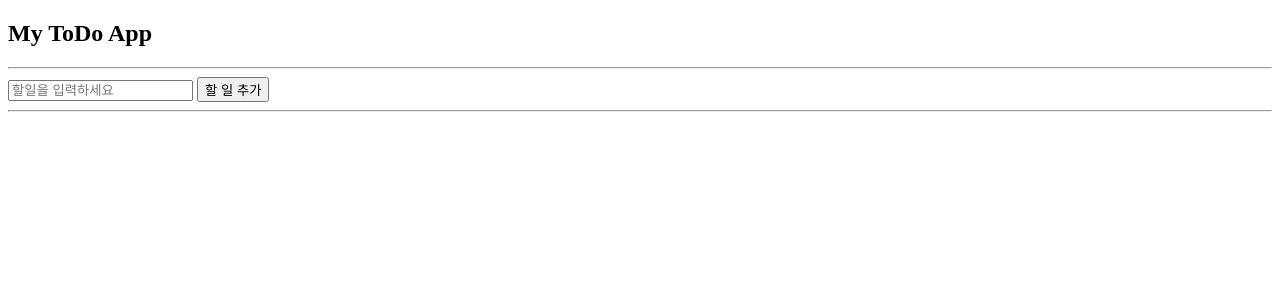
Repository: kiyongee2/kh-jsp
Page: http://localhost/jwbook/ch03/todolist.jsp
These files come from the project's save history. The page is drawn as it stood at one moment and after the next save; the edit follows.
The browser window is 1280 px wide. The pictures show the whole page.
The page is served by Tomcat 9. Other server files are loaded and not shown.

Above is the page before, as saved 2023-11-18 08:51:58.

### jwbook/src/main/webapp/ch03/todolist.jsp
<%@ page language="java" contentType="text/html; charset=UTF-8"
    pageEncoding="UTF-8"%>
<!DOCTYPE html>
<html>
<head>
<meta charset="UTF-8">
<title>todo list</title>
</head>
<body>
	<div>
		<h2>My ToDo App</h2>
		<hr>
			<input id="item" type="text" placeholder="할일을 입력하세요">
			<button type="button" onclick="addItem()">할 일 추가</button>
		<hr>
		<ul id="todolist"></ul>
	</div>
</body>
</html>

Loaded but not shown: jwbook/src/main/webapp/resources/css/bootstrap.css (library)

After the next save:
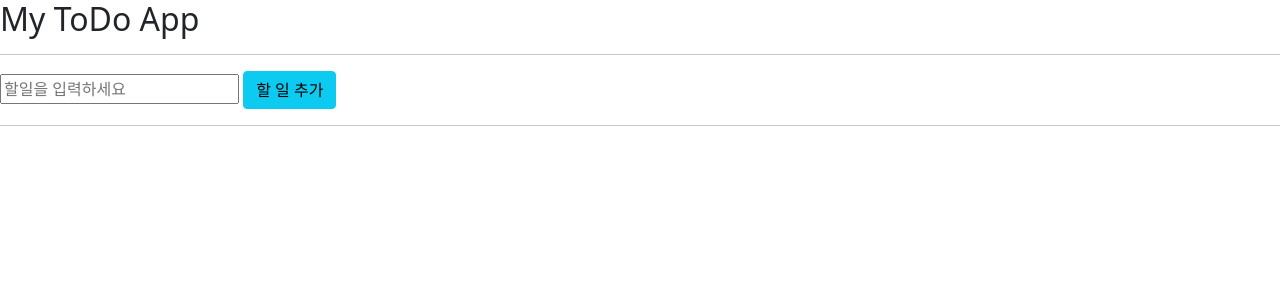
Saved 15 min 32 s later.
--- a/jwbook/src/main/webapp/ch03/todolist.jsp
+++ b/jwbook/src/main/webapp/ch03/todolist.jsp
@@ -5,13 +5,14 @@
 <head>
 <meta charset="UTF-8">
 <title>todo list</title>
+<link rel="stylesheet" href="../resources/css/bootstrap.css">
 </head>
 <body>
 	<div>
 		<h2>My ToDo App</h2>
 		<hr>
 			<input id="item" type="text" placeholder="할일을 입력하세요">
-			<button type="button" onclick="addItem()">할 일 추가</button>
+			<button type="button" onclick="addItem()" class="btn btn-info">할 일 추가</button>
 		<hr>
 		<ul id="todolist"></ul>
 	</div>
